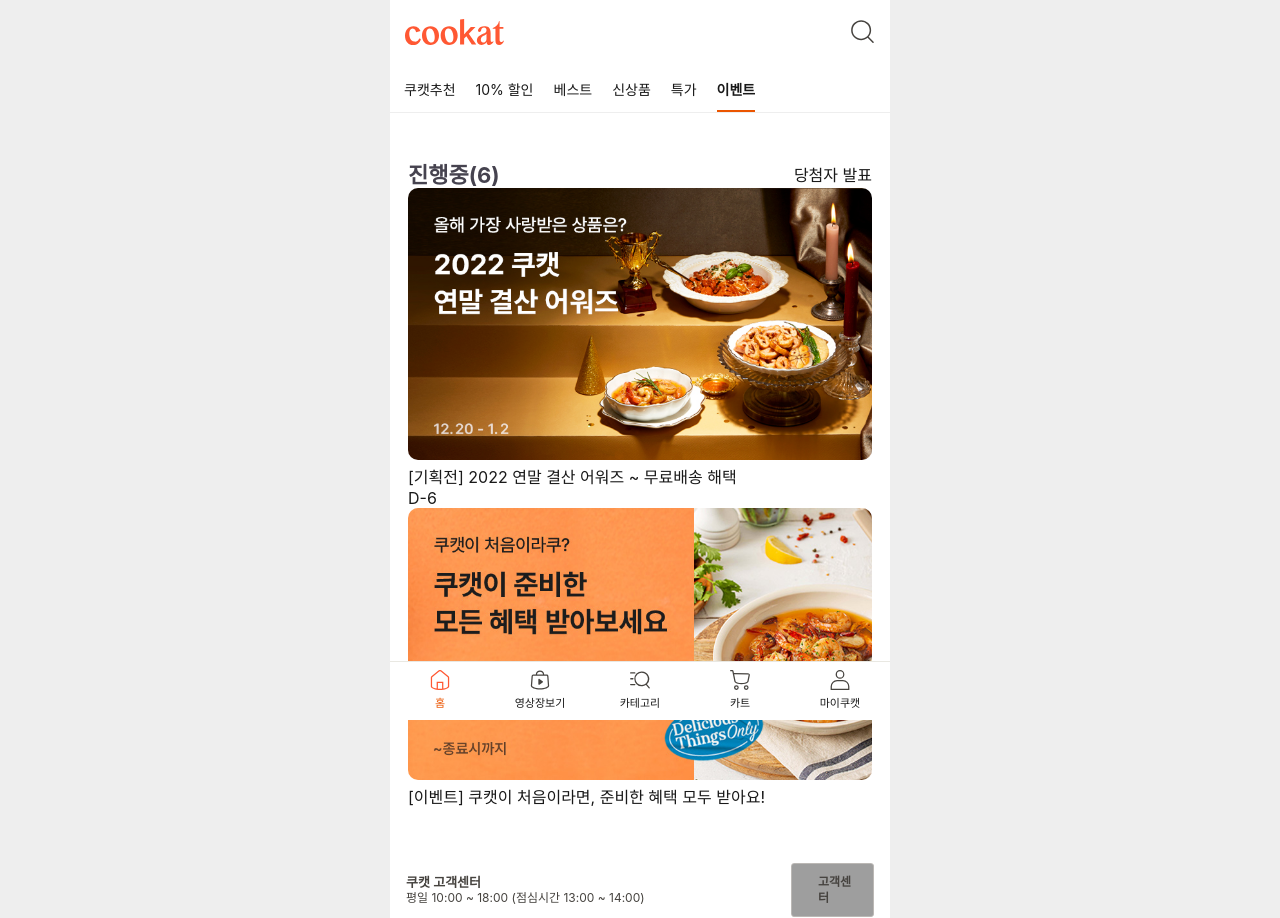
Repository: CooKat/Cookat
Page: event.html
These files come from the project's save history. The page is drawn as it stood at one moment and after a run of saves; the edit follows.
The browser window is 1280 px wide. The pictures show the part of the page from y = 0 to 918 px (the page is 1707 px tall before and 2327 px after).
Pictures or frames that could not be fetched are drawn as grey boxes. A picture or video elsewhere on the page could not be fetched, so the positions and the page height are approximate. Some web fonts or font styles are not loaded; a fallback is used.

Above is the page before, as saved 2022-12-27 20:42:17.
Not found: js/ex1.js

After the next 5 saves:
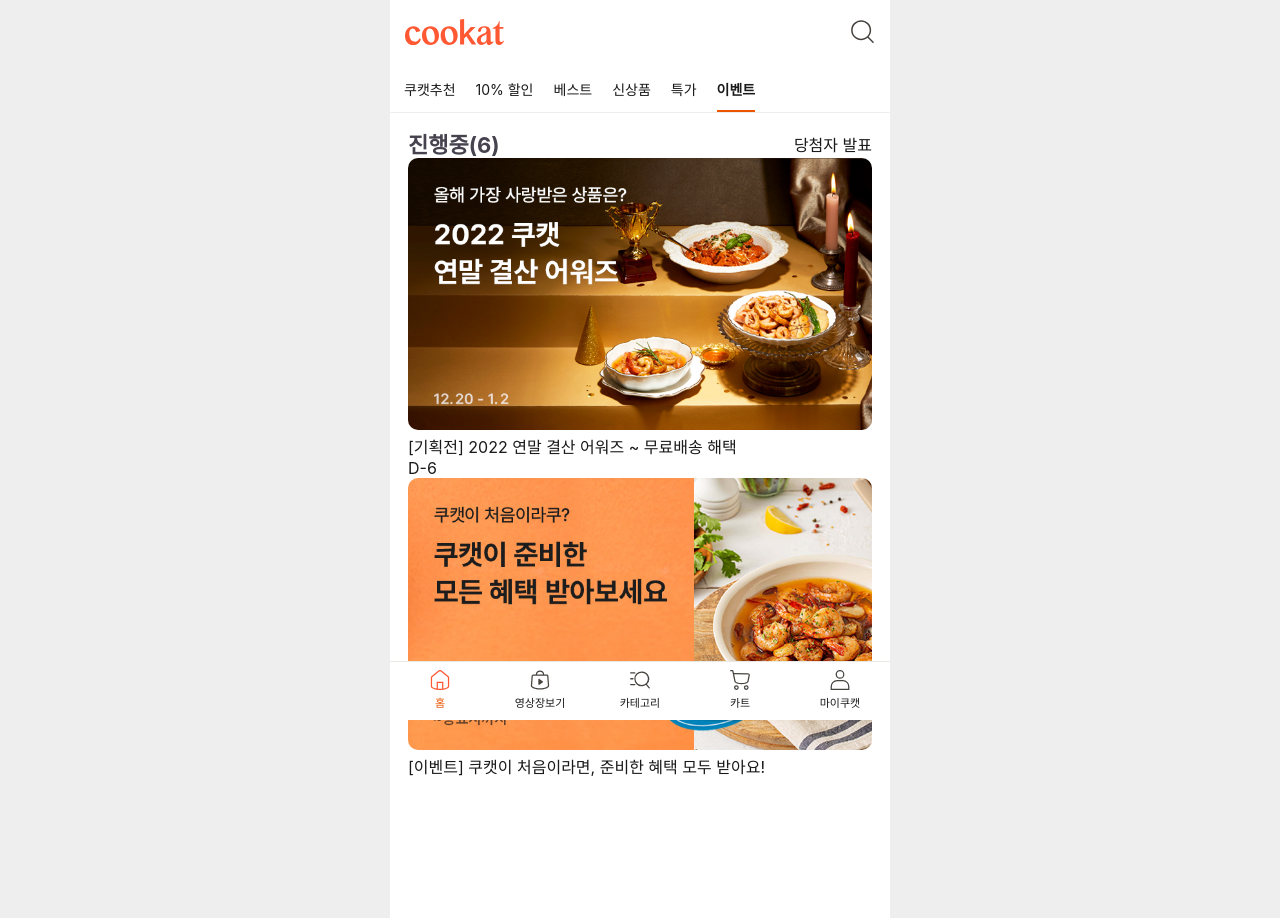
The 5 saves are shown as one change because they came seconds apart.
The last was saved 29 s later.
--- a/css/event.css
+++ b/css/event.css
@@ -2,7 +2,8 @@
   padding: 0 18px;
 }
 .event{
-  margin: 50px 0;
+  margin-top: 20px;
+  margin-bottom: 700px;
 }
 
 .event-ing{
